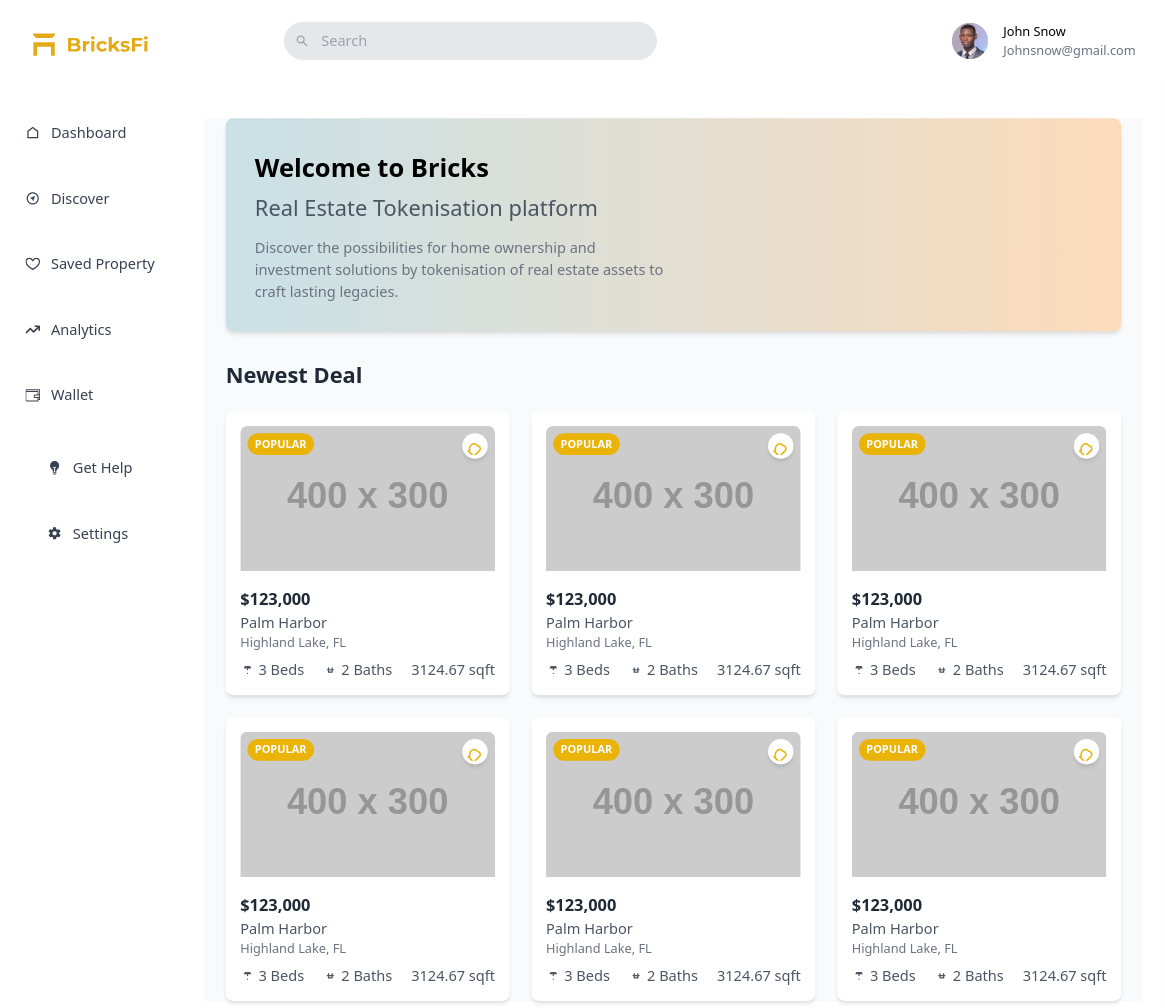
Repository: AyomideAkintade/BricksFi-Frontend
Page: /dashboard/discover (app in client/)
The author's editor kept a copy of each file at every save. The page is drawn from the files as they stood at one save, then again after the next save.
The browser window is 1280 px wide. The pictures show the whole page, at 91% of full size.
The page's requests for data from a server got no answer. The project was rebuilt for these pictures with package versions that can differ from the ones it lists, and the page was loaded fresh each time. No one was signed in, and anything a server would have sent is missing. Also part of the build but not shown: client/src/components/navbar.jsx, client/src/components/home.jsx, client/src/components/homeSecond.jsx, client/src/components/homeThird.jsx, client/src/components/homeFifth.jsx, client/src/components/homeSixth.jsx, client/src/components/homeSeventh.jsx, client/src/api/base.js and 16 more.

Above is the page before, as saved 2024-10-04 23:31:21.

### client/src/index.css
@import "tailwindcss/base";
@import "tailwindcss/components";
@import "tailwindcss/utilities";


@font-face {
  font-family: Poppins;
  src: url(/src/assets/fonts/Poppins-Regular.ttf) format("truetype"), url(/src/assets/fonts/Poppins-Bold.ttf) format("truetype"), url(/src/assets/fonts/Poppins-Medium.ttf) format("truetype");

}

### client/src/App.js
import { BrowserRouter as Router, Route, Routes } from "react-router-dom";
import Home from "./pages/homePage";
import HomeFourth from "./components/login.jsx";
import HomeEight from "./components/signup.jsx";
import ForgotPasswordPage from "./components/forgotPassword.jsx";
import DashboardLayout from "./pages/dashboardLayout";
import DashboardPage from "./pages/dashboard.jsx";
import PieAnalytics from "./components/analytics.jsx";
import Discover from "./components/discover.jsx";
import SavedPropertyPage from "./components/savedProperties.jsx";
import { ToastContainer } from "react-toastify";
import 'react-toastify/dist/ReactToastify.css';
import { useEffect, useState } from "react";
import { BrCookies } from "./utils/storage/cookies.js";
// import DiscoverPage from "./pages/discover.jsx";
// import SavedPropertyPage from "./pages/savedProperty.jsx";

function App() {

  const [ loggedIn, setLoggedIn ] = useState(false);
  const [ isLoading, setLoading ] = useState(true);

  useEffect(()=>{
    const ck = new BrCookies(document);
    ck.getCookie('authToken')
      .then((value) => {
        setLoggedIn(true);
        setLoading(false);
      })
      .catch((e) => {
        setLoading(false);
        // this.setState({ isLoading: false }); // Set loading to false even if there is an error
      });
  }, [])
  if (isLoading) {
    return <div></div>;
  }

  return (
    <div>
      <ToastContainer limit={5} />
      {loggedIn ?
      <Router>
        <Routes>
          <Route path="*" element={<DashboardLayout />}>
            <Route index element={<DashboardPage />} />
          </Route>
          <Route path="/dashboard" element={<DashboardLayout />}>
            <Route index element={<DashboardPage />} />
            <Route path="discover" element={<Discover/>} />
            <Route path="saved-property" element={<SavedPropertyPage/>} />
            <Route path="analytics" element={<PieAnalytics />} />
          </Route>
        </Routes>
      </Router>
      :
      <Router>
        <Routes>
          {/* Public Routes */}
          <Route path="/" element={<Home />} />
          <Route path="/login" element={<HomeFourth />} />
          <Route path="/signup" element={<HomeEight />} />
          <Route path="/forgot-password" element={<ForgotPasswordPage />} />

          {/* Dashboard Routes with Sidebar and Header */}
          <Route path="/dashboard" element={<DashboardLayout />}>
            <Route index element={<DashboardPage />} />
            <Route path="discover" element={<Discover/>} />
            <Route path="saved-property" element={<SavedPropertyPage/>} />
            <Route path="analytics" element={<PieAnalytics />} />
          </Route>
        </Routes>
      </Router>
      }
    </div>
  );
}

export default App;

### client/src/pages/dashboardLayout.jsx
import React from 'react';
import Sidebar from '../components/sidebar';
import Header from '../components/header';
import { Outlet } from 'react-router-dom';

const DashboardLayout = () => {
  return (
    <div className="flex">
      {/* Sidebar */}
      <Sidebar />

      <div className="flex-1 ml-[200px]">
        {/* Header */}
        <Header />

        <div className="px-6 py-2">
          {/* Outlet will render the child routes here */}
          <Outlet />
        </div>
      </div>
    </div>
  );
};

export default DashboardLayout;

### client/src/components/discover.jsx
import React from 'react';

const properties = [
  {
    id: 1,
    price: "$123,000",
    name: "Palm Harbor",
    location: "Highland Lake, FL",
    bedrooms: 3,
    bathrooms: 2,
    area: "3124.67 sqft",
    imageUrl: "https://via.placeholder.com/400x300", // Replace with actual image URL
    popular: true,
  },
  {
    id: 2,
    price: "$123,000",
    name: "Palm Harbor",
    location: "Highland Lake, FL",
    bedrooms: 3,
    bathrooms: 2,
    area: "3124.67 sqft",
    imageUrl: "https://via.placeholder.com/400x300", // Replace with actual image URL
    popular: true,
  },
  {
    id: 3,
    price: "$123,000",
    name: "Palm Harbor",
    location: "Highland Lake, FL",
    bedrooms: 3,
    bathrooms: 2,
    area: "3124.67 sqft",
    imageUrl: "https://via.placeholder.com/400x300", // Replace with actual image URL
    popular: true,
  },
  {
    id: 4,
    price: "$123,000",
    name: "Palm Harbor",
    location: "Highland Lake, FL",
    bedrooms: 3,
    bathrooms: 2,
    area: "3124.67 sqft",
    imageUrl: "https://via.placeholder.com/400x300", // Replace with actual image URL
    popular: true,
  },
  {
    id: 5,
    price: "$123,000",
    name: "Palm Harbor",
    location: "Highland Lake, FL",
    bedrooms: 3,
    bathrooms: 2,
    area: "3124.67 sqft",
    imageUrl: "https://via.placeholder.com/400x300", // Replace with actual image URL
    popular: true,
  },
  {
    id: 6,
    price: "$123,000",
    name: "Palm Harbor",
    location: "Highland Lake, FL",
    bedrooms: 3,
    bathrooms: 2,
    area: "3124.67 sqft",
    imageUrl: "https://via.placeholder.com/400x300", // Replace with actual image URL
    popular: true,
  },
  // Add more property data as needed
];

const Discover = () => {
  return (
    <div className="bg-gray-50 min-h-screen">
      {/* Hero Section */}
      <section className="bg-gradient-to-r from-[#C9E1E7] to-[#FCDBBB] p-8 rounded-lg mx-6 my-8 shadow-md">
        <div className="grid grid-cols-1 md:grid-cols-2 items-center">
          <div>
            <h1 className="text-[28px] font-bold">
              Welcome to Bricks
            </h1>
            <p className="text-2xl mt-2 text-gray-600">
              Real Estate Tokenisation platform
            </p>
            <p className="mt-4 text-gray-500">
              Discover the possibilities for home ownership and investment
              solutions by tokenisation of real estate assets to craft lasting
              legacies.
            </p>
          </div>
          {/* <div>
            <img
              src="https://via.placeholder.com/600x400" // Replace with actual image URL
              alt="Real Estate Building"
              className="w-full rounded-lg"
            />
          </div> */}
        </div>
      </section>

      {/* Newest Deal Section */}
      <section className="px-6">
        <h2 className="text-2xl font-semibold text-gray-800 mb-6">Newest Deal</h2>
        <div className="grid grid-cols-1 md:grid-cols-3 lg:grid-cols-3 gap-6">
          {properties.map((property) => (
            <div key={property.id} className="bg-white p-4 rounded-lg shadow-md">
              <div className="relative">
                <img
                  src={property.imageUrl}
                  alt={property.name}
                  className="w-full h-40 object-cover rounded-t-lg"
                />
                {property.popular && (
                  <div className="absolute top-2 left-2 bg-yellow-500 text-white text-xs font-semibold px-2 py-1 rounded-full">
                    POPULAR
                  </div>
                )}
                <button className="absolute top-2 right-2 bg-white p-1 rounded-full shadow-md">
                  <svg
                    xmlns="http://www.w3.org/2000/svg"
                    fill="none"
                    viewBox="0 0 24 24"
                    stroke="currentColor"
                    className="w-5 h-5 text-yellow-500"
                  >
                    <path
                      strokeLinecap="round"
                      strokeLinejoin="round"
                      strokeWidth={2}
                      d="M5.121 17.804A4.992 4.992 0 015 15c0-1.38.56-2.63 1.464-3.536l.707-.707c.879-.88 2.03-1.464 3.537-1.464 1.507 0 2.658.584 3.537 1.464l.707.707A4.992 4.992 0 0119 15a4.992 4.992 0 01-1.465 3.535l-6.585 6.585a1 1 0 01-1.414 0l-6.585-6.585z"
                    />
                  </svg>
                </button>
              </div>
              <div className="mt-4">
                <h3 className="text-lg font-semibold text-gray-800">{property.price}</h3>
                <p className="text-gray-600">{property.name}</p>
                <p className="text-sm text-gray-500">{property.location}</p>
                <div className="flex items-center justify-between mt-2">
                  <div className="flex items-center text-gray-600">
                    <svg
                      xmlns="http://www.w3.org/2000/svg"
                      fill="none"
                      viewBox="0 0 24 24"
                      stroke="currentColor"
                      className="w-4 h-4 mr-1"
                    >
                      <path
                        strokeLinecap="round"
                        strokeLinejoin="round"
                        strokeWidth={2}
                        d="M8 7h8M7 9h10M12 12V9m0 9h.01"
                      />
                    </svg>
                    {property.bedrooms} Beds
                  </div>
                  <div className="flex items-center text-gray-600">
                    <svg
                      xmlns="http://www.w3.org/2000/svg"
                      fill="none"
                      viewBox="0 0 24 24"
                      stroke="currentColor"
                      className="w-4 h-4 mr-1"
                    >
                      <path
                        strokeLinecap="round"
                        strokeLinejoin="round"
                        strokeWidth={2}
                        d="M7 12h10M9 12v4h6v-4M9 9v3m6-3v3"
                      />
                    </svg>
                    {property.bathrooms} Baths
                  </div>
                  <div className="text-gray-600">{property.area}</div>
                </div>
              </div>
            </div>
          ))}
        </div>
      </section>
    </div>
  );
};

export default Discover;

### client/src/utils/storage/cookies.js

// eslint-disable-next-line no-unused-vars
class BrCookies {

    constructor(document) {
        this.document = document || (typeof document !== "undefined" ? document : null);
    }

    /**
     *
     * @param {Array<CookieData>} dataList
     */

    saveCookies(dataList){

        if (!Array.isArray(dataList)) {
            throw new Error("Data list must be an array.");
        }

        for (const data of dataList) {
            if (!(data instanceof CookieData)) {
                throw new Error("Invalid cookie data format.");
            }

            // save each cookie
            let cookieValue = `${data.name}=${data.value}; expires=${data.expiryDate.toUTCString()}; path=/`;

            // Set SameSite=None if running on localhost
            if (window.location.hostname !== 'localhost') {

                cookieValue += '; SameSite=Strict; Secure'
            }

            this.document.cookie = cookieValue;
        }
    }

    async getCookie(name) {
        return new Promise((resolve, reject) => {
          const cookies = this.document.cookie.split('; ');
          for (const cookie of cookies) {
            const [cookieName, cookieValue] = cookie.split('=');
            if (cookieName === name) {
              resolve(cookieValue);
              return;
            }
          }
          reject(new Error(`Cookie with name ${name} not found.`));
        });
    }

    removeCookie(name) {
        this.document.cookie = name + "=;Path=/;expires=Thu, 01 Jan 1970 00:00:00 GMT";
    }

    removeAllCookies() {
        const cookies = this.document.cookie.split(";");
        for (var i = 0; i < cookies.length; i++) {
            const cookie = cookies[i];
            const eqPos = cookie.indexOf("=");
            const name = eqPos > -1 ? cookie.substr(0, eqPos) : cookie;
            document.cookie = name + "=;Path=/;expires=Thu, 01 Jan 1970 00:00:00 GMT";
        }
    }
}


class CookieData {
    constructor(name, value, expiryDate) {

        if (typeof name !== "string" || typeof value !== "string" || !(expiryDate instanceof Date) || name.length === 0) {
            throw new Error("Invalid CookieData format.");
        }

        this.name = name;
        this.value = value;
        this.expiryDate = expiryDate;
    }
}

function createCookieDate(timeInSec) {

    const timeInDays = timeInSec / (3600 * 24);

    const currentDate = new Date();

    const futureDate = new Date();
    futureDate.setDate(currentDate.getDate() + timeInDays);


    return futureDate
}


export { BrCookies, CookieData, createCookieDate };

### client/src/components/sidebar.jsx
import React from 'react';
import { Link } from 'react-router-dom';
import { RiHomeLine } from "react-icons/ri";
import { RiCompassDiscoverLine } from "react-icons/ri";
import { GrFavorite } from "react-icons/gr";
import { FaArrowTrendUp } from "react-icons/fa6";
import { TfiWallet } from "react-icons/tfi";
import { IoBulbSharp } from "react-icons/io5";
import { IoMdSettings } from "react-icons/io";
import BricksFi from "../assets/bricksfi.svg"

const Sidebar = () => {
  return (
    <aside className="bg-white h-screen w-[15%] fixed p-3 min-w-[200px]">
      <div className="p-6">
        <img
        src={BricksFi}
        alt='BricksFi'
        className='w-full'
        />
      </div>
      <nav className="mt-8">
        <ul className="space-y-4">
          <li className="p-4 hover:bg-yellow-100">
            <Link to="/dashboard" className="flex items-center text-gray-700">
              <RiHomeLine className="mr-3" /> Dashboard
            </Link>
          </li>
          <li className="p-4 hover:bg-yellow-100">
            <Link to="/dashboard/discover" className="flex items-center text-gray-700">
              <RiCompassDiscoverLine className="mr-3" /> Discover
            </Link>
          </li>
          <li className="p-4 hover:bg-yellow-100">
            <Link to="/dashboard/saved-property" className="flex items-center text-gray-700">
              <GrFavorite className="mr-3" /> Saved Property
            </Link>
          </li>
          <li className="p-4 hover:bg-yellow-100">
            <Link to="/dashboard/analytics" className="flex items-center text-gray-700">
              <FaArrowTrendUp className="mr-3" /> Analytics
            </Link>
          </li>
          <li className="p-4 hover:bg-yellow-100">
            <Link to="/dashboard/wallet" className="flex items-center text-gray-700">
              <TfiWallet className="mr-3" /> Wallet
            </Link>
          </li>
        </ul>
      </nav>
      <div className="mt-auto p-6">
        <ul className="space-y-4">
          <li className="p-4 hover:bg-yellow-100">
            <Link to="/" className="flex items-center text-gray-700">
              <IoBulbSharp className="mr-3" /> Get Help
            </Link>
          </li>
          <li className="p-4 hover:bg-yellow-100">
            <Link to="/" className="flex items-center text-gray-700">
              <IoMdSettings className="mr-3" /> Settings
            </Link>
          </li>
        </ul>
      </div>
    </aside>
  );
};

export default Sidebar;

### client/src/components/header.jsx
import React from 'react';
import COCO from "../assets/clem.jpeg"
import { IoMdSearch } from "react-icons/io";
import { IoNotificationsOutline } from "react-icons/io5";

const Header = () => {
  return (
    <div className="w-full flex gap-10 justify-between items-center py-6 bg-white sticky top-0 z-50 px-12" >
      {/* style={{boxShadow: "1px 1px 20px -8px #0000001A"}} */}
      <div className='px-16 w-full'>
      <div className="relative w-2/3">
        <input
          type="text"
          placeholder="Search"
          className="p-2 pl-10 w-full border rounded-full bg-gray-200 text-black focus:outline-none"
        />
        <IoMdSearch className="absolute left-3 top-1/2 transform -translate-y-1/2 text-gray-400" />
      </div>
      </div>
      <div className="flex items-center space-x-4 ">
        <IoNotificationsOutline className="text-gray-700 text-2xl" />
        <img
          src={COCO}
          alt="profile"
          className="rounded-full h-10 w-10"
        />
        <div className="">
          <span className="block text-sm font-medium">John Snow</span>
          <span className="block text-sm text-gray-500">Johnsnow@gmail.com</span>
        </div>
      </div>
    </div>
  );
};

export default Header;

### client/tailwind.config.js
/** @type {import('tailwindcss').Config} */
module.exports = {
  content: ["./src/**/*.{html,js,jsx}"],
  theme: {
    extend: {
      fontFamily: {
        Poppins: ['Poppins'],
      }
    },
    screens: {
      sm: '640px',
      // => @media (min-width: 640px) { ... }

      md: '768px',
      // => @media (min-width: 768px) { ... }

      lg: '1024px',
      // => @media (min-width: 1024px) { ... }

      xl: '1280px',
      // => @media (min-width: 1280px) { ... }

      '2xl': '1536px',
      // => @media (min-width: 1536px) { ... }
      'custombp': {'raw': '(min-height: 375px),(min-width:768px)'}
    },
  },
  plugins: [],
}

Loaded but not shown: client/public/index.html (common file); client/src/index.js (common file); client/src/reportWebVitals.js (common file)

After the next save:
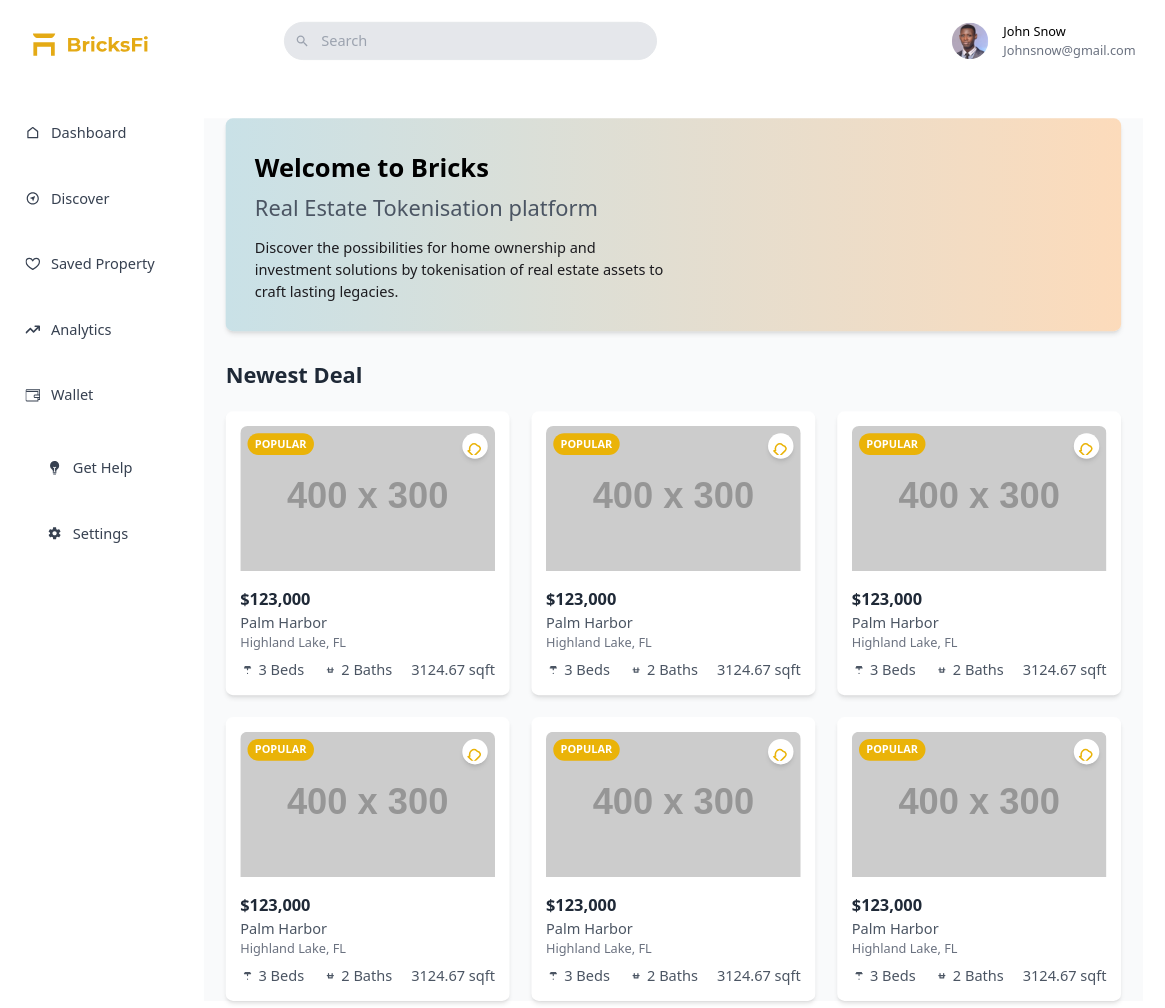
Saved 15 s later.
--- a/client/src/components/discover.jsx
+++ b/client/src/components/discover.jsx
@@ -83,7 +83,7 @@ const Discover = () => {
             <p className="text-2xl mt-2 text-gray-600">
               Real Estate Tokenisation platform
             </p>
-            <p className="mt-4 text-gray-500">
+            <p className="mt-4 text-[#1C1B1F]">
               Discover the possibilities for home ownership and investment
               solutions by tokenisation of real estate assets to craft lasting
               legacies.
